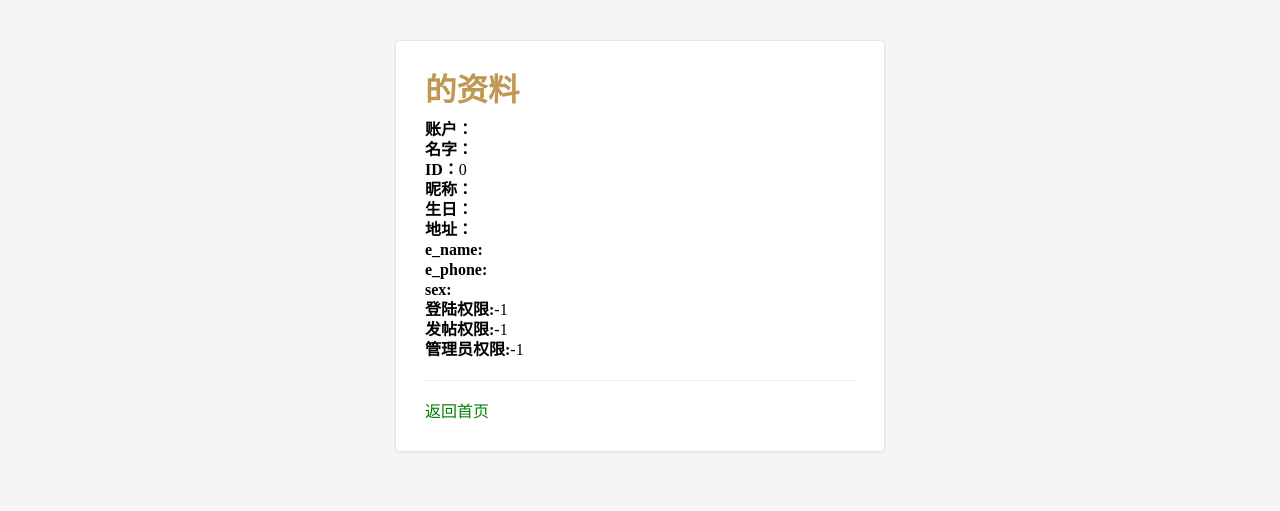
Repository: hbisheng/Academic-portal-website
Page: http://localhost/NewInfo/account/user_info.jsp
The author's editor kept a copy of each file at every save. The page is drawn from the files as they stood at one save, then again after the next save.
The browser window is 1280 px wide. The pictures show the whole page.
The page is served by Tomcat 9.

Above is the page before, as saved 2014-09-21 18:20:24.

After the next save:
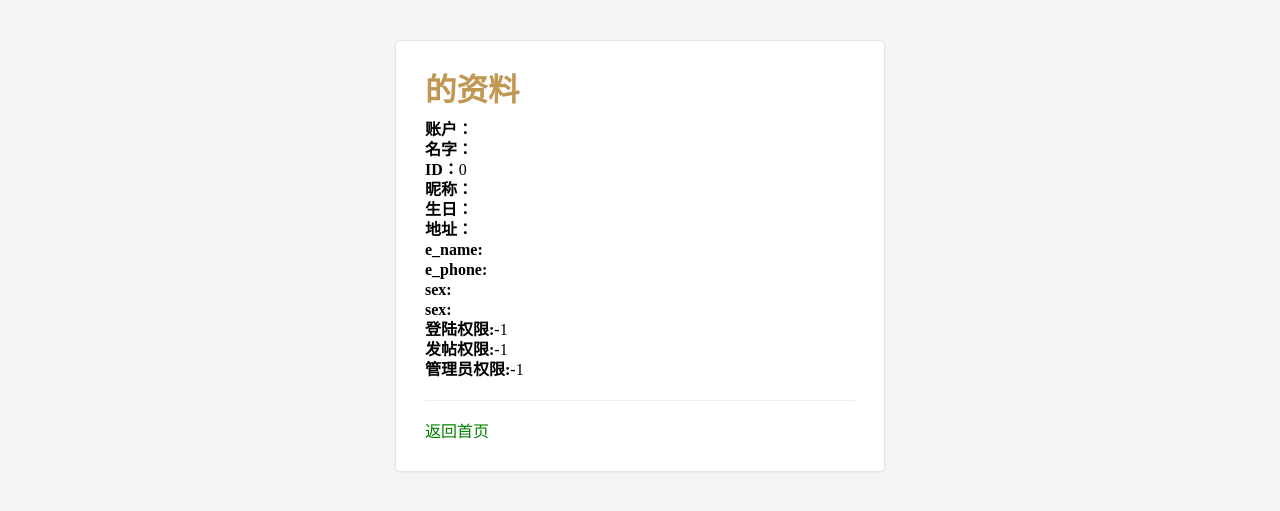
Saved 35 min 11 s later.
--- a/Java_info/NewInfo/WebContent/account/user_info.jsp
+++ b/Java_info/NewInfo/WebContent/account/user_info.jsp
@@ -91,6 +91,7 @@
 		<b>e_name:</b><%=who.e_name %><br>
 		<b>e_phone:</b><%=who.e_phone %><br>
 		<b>sex:</b><%=who.sex %><br>
+		<b>sex:</b><%=who.sex %><br>
 
 		<b>登陆权限:</b><%=who.permit_login %><br>
 		<b>发帖权限:</b><%=who.permit_post %><br>
